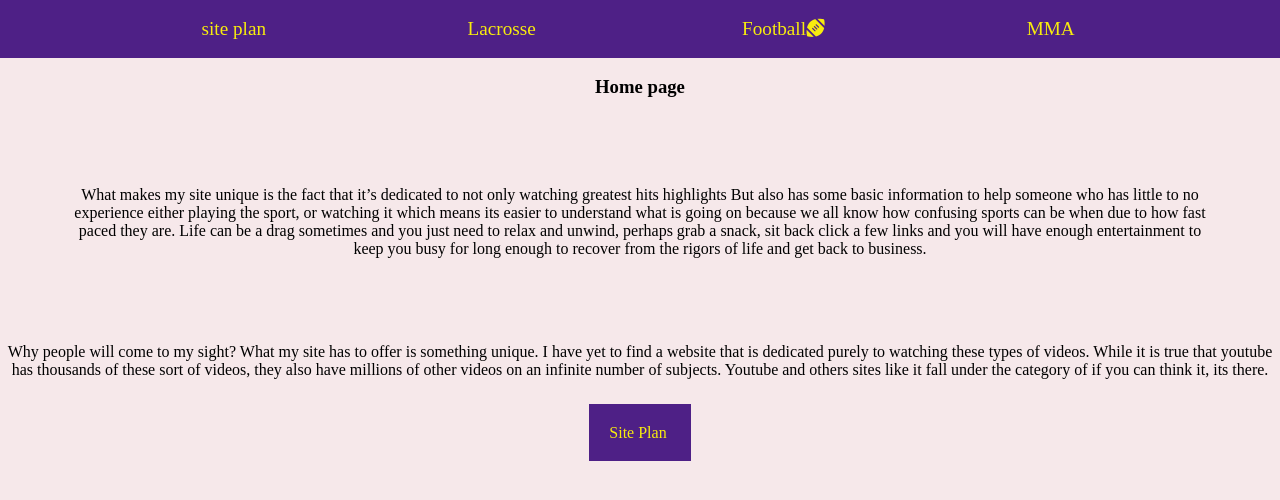
Repository: nak97/personal-site
Page: index.html
The author's editor kept a copy of each file at every save. The page is drawn from the files as they stood at one save, then again after the next save.
The browser window is 1280 px wide. The pictures show the whole page.
Some icons come from a web library that is not loaded, so they are not drawn. Some web libraries are served in a nearby version.

Above is the page before, as saved 2023-03-19 09:30:28.

After the next save:
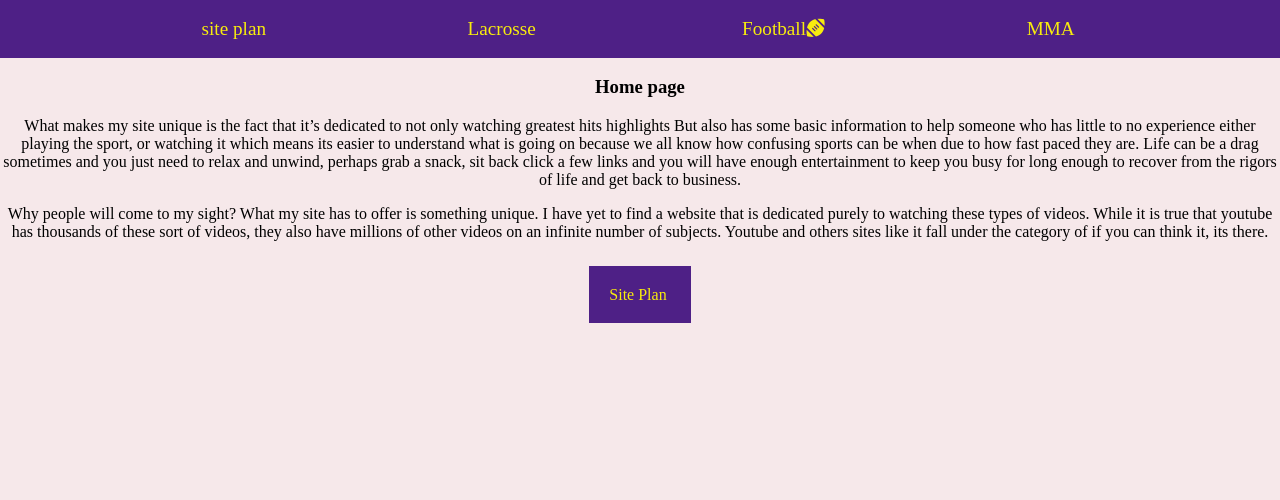
Saved 13 s later.
--- a/personal-site.css
+++ b/personal-site.css
@@ -14,7 +14,7 @@
   text-align: center;
 }
 
-.p1 {
+.hone .p1 {
   padding: 69px;
 }
 

After the save that followed:
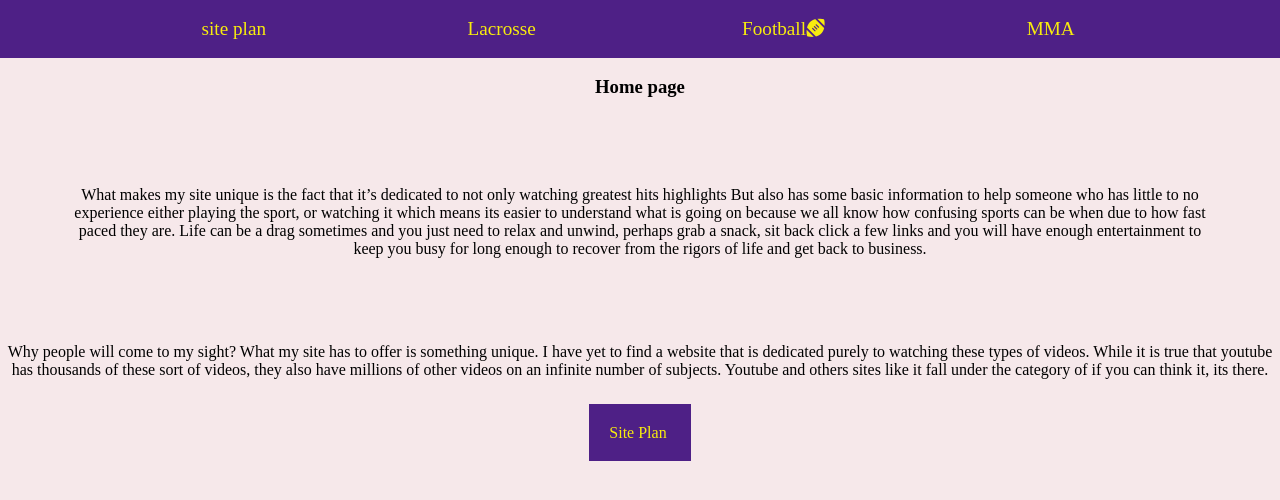
Saved 9 s later.
--- a/personal-site.css
+++ b/personal-site.css
@@ -14,7 +14,7 @@
   text-align: center;
 }
 
-.hone .p1 {
+.home .p1 {
   padding: 69px;
 }
 
